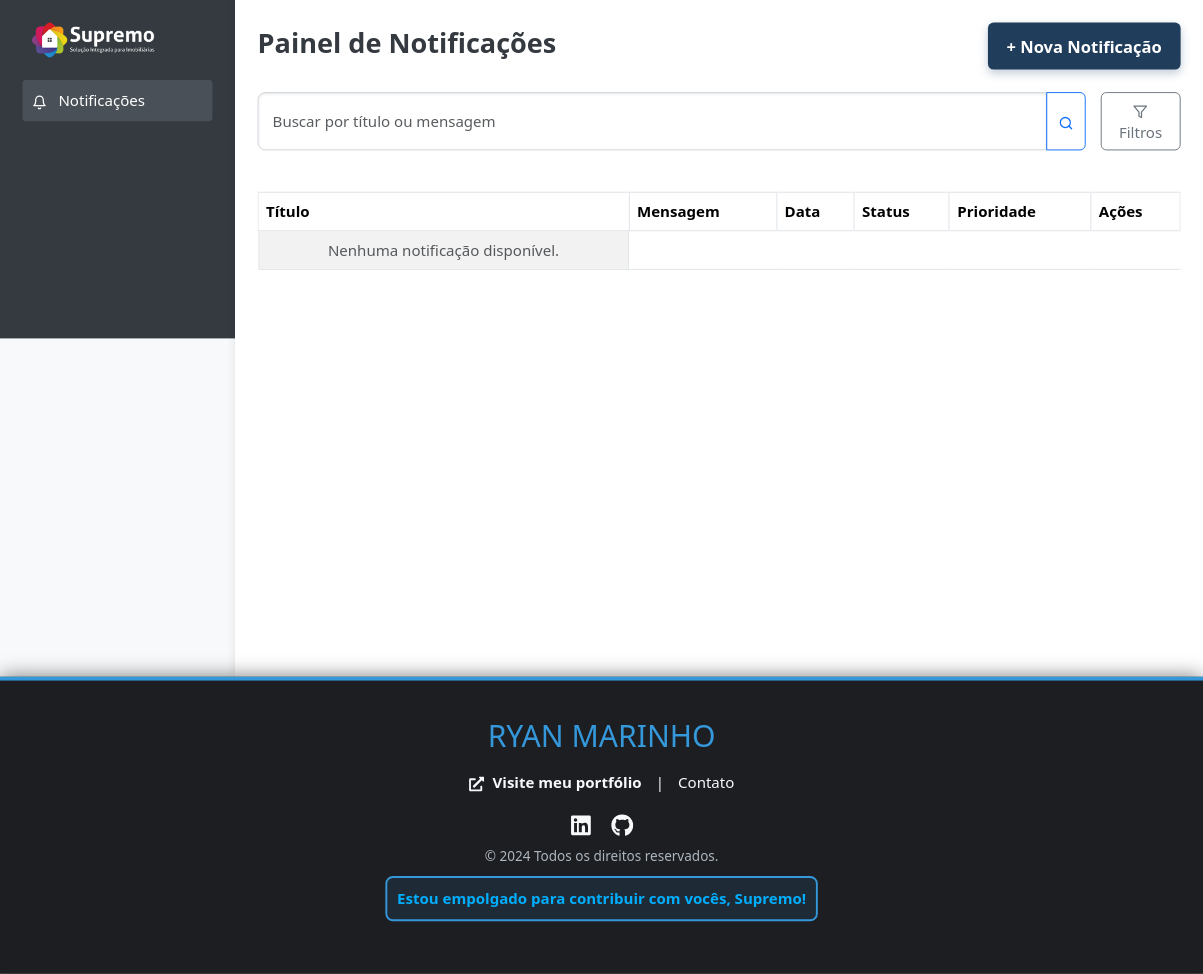
Repository: ryanmarinhodev/Supremo-teste-tecnico
Page: /notifications
The author's editor kept a copy of each file at every save. The page is drawn from the files as they stood at one save, then again after the next save.
The browser window is 1280 px wide. The pictures show the whole page, at 94% of full size.
The project was rebuilt for these pictures with package versions that can differ from the ones it lists, and the page was loaded fresh each time. Also part of the build but not shown: src/App.css, src/Components/Login/index.jsx.

Above is the page before, as saved 2024-11-07 20:14:24.

### src/App.js
import { BrowserRouter, Routes, Route } from "react-router-dom";
import "./App.css";
import Login from "./Components/Login";
import NotificationsPage from "./Components/Notifications/homeNotification";

const App = () => {
  return (
    <BrowserRouter>
      <Routes>
        <Route path="/" element={<Login />} />
        <Route path="/notifications" element={<NotificationsPage />} />
      </Routes>
    </BrowserRouter>
  );
};

export default App;

### src/Components/Notifications/homeNotification.jsx
import React, { useState } from "react";
import Menu from "./menu";
import Buscar from "./buscar";
import TabelaNotificacoes from "./tabelaNotificacoes";
import ModalNotificacao from "./modalNotificacao";
import Footer from "./footer";
import "./notification.css";
import { Button } from "react-bootstrap";

const HomeNotification = () => {
  const [notifications, setNotifications] = useState([]);
  const [showModal, setShowModal] = useState(false);
  const [search, setSearch] = useState("");
  const [currentNotification, setCurrentNotification] = useState({
    id: null,
    title: "",
    message: "",
    date: "",
    status: "Não Lida",
    priority: "Normal",
  });

  const getCurrentDate = () => {
    const today = new Date();
    return today.toISOString().split("T")[0];
  };

  const openModal = (
    notification = {
      title: "",
      message: "",
      date: getCurrentDate(),
      status: "Não Lida",
      priority: "Normal",
    }
  ) => {
    setCurrentNotification(notification);
    setShowModal(true);
  };

  const closeModal = () => {
    setShowModal(false);
    setCurrentNotification({
      id: null,
      title: "",
      message: "",
      date: getCurrentDate(),
      status: "Não Lida",
      priority: "Normal",
    });
  };

  const handleChange = (e) => {
    const { name, value } = e.target;
    setCurrentNotification((prev) => ({ ...prev, [name]: value }));
  };

  const handleSubmit = () => {
    if (currentNotification.id) {
      setNotifications((prev) =>
        prev.map((notif) =>
          notif.id === currentNotification.id ? currentNotification : notif
        )
      );
    } else {
      setNotifications((prev) => [
        ...prev,
        { ...currentNotification, id: Date.now() },
      ]);
    }
    closeModal();
  };

  const handleDelete = (id) => {
    setNotifications((prev) => prev.filter((notif) => notif.id !== id));
  };

  const markAsRead = (id) => {
    setNotifications((prev) =>
      prev.map((notif) =>
        notif.id === id ? { ...notif, status: "Lida" } : notif
      )
    );
  };

  const filteredNotifications = notifications.filter(
    (notif) =>
      notif.title.toLowerCase().includes(search.toLowerCase()) ||
      notif.message.toLowerCase().includes(search.toLowerCase())
  );
  return (
    <>
      <div className="dashboard-container d-flex">
        <Menu />
        <div className="content flex-grow-1 p-4">
          <header className="d-flex justify-content-between align-items-center mb-4">
            <h2 className="page-title">Painel de Notificações</h2>
            <Button variant="primary" onClick={() => openModal()}>
              + Nova Notificação
            </Button>
          </header>

          <Buscar search={search} setSearch={setSearch} />

          <TabelaNotificacoes
            notifications={filteredNotifications}
            openModal={openModal}
            handleDelete={handleDelete}
            markAsRead={markAsRead}
          />

          <ModalNotificacao
            showModal={showModal}
            closeModal={closeModal}
            currentNotification={currentNotification}
            handleChange={handleChange}
            handleSubmit={handleSubmit}
          />
        </div>
      </div>
      <Footer />
    </>
  );
};

export default HomeNotification;

### src/Components/Login/styles.css
:root {
    --primary-color: #203d5c;
    --secondary-color: #adb5bd;
    --hover-color: #182533;
    --background-overlay: rgba(0, 0, 0, 0.4);
    --box-shadow: 0 4px 10px rgba(47, 84, 122, 0.3);
}

.login-container {
    background: url('https://wallpapers.com/images/hd/4k-architecture-yellow-glass-building-6d7nbmyltxlyxxv8.jpg') no-repeat center center;
    background-size: cover;
    min-height: 100vh;
    padding: 20px;
    display: flex;
    align-items: center;
    justify-content: center;
    position: relative;
}

.login-container::before {
    content: '';
    position: absolute;
    top: 0;
    left: 0;
    right: 0;
    bottom: 0;
    background: var(--background-overlay);
    z-index: 1;
}

.login-card {
    width: 100%;
    max-width: 600px;
    background-color: #ffff;
    border-radius: 12px;
    box-shadow: var(--box-shadow);
    border: 1px solid rgba(0, 0, 0, 0.05);
    transition: transform 0.3s ease, box-shadow 0.3s ease;
    position: relative;
    z-index: 2;
    padding: 40px;
    animation: fadeIn 0.6s ease;
    align-items: center;
    text-align: center;
}

.login-card:hover {
    transform: translateY(-5px);
    box-shadow: 0 15px 40px rgba(0, 0, 0, 0.3);
}


.logo {
    width: 100px;
    height: auto;
    margin-bottom: 20px;
}

.text-center {
    display: flex;
    flex-direction: column;
    align-items: center;
}

.login-title {
    font-size: 2rem;
    font-weight: 700;
    color: #000;
    margin-top: 10px;
    margin-bottom: 10px;
    font-family: 'Poppins', sans-serif;
}

.title-underline {
    width: 60px;
    height: 4px;
    background-color: #495f75;
    margin: 0 auto 20px auto;
    border-radius: 2px;
}

.subtitle {
    font-size: 1rem;
    color: #e0e0e0;
    text-align: center;
    margin-bottom: 30px;
    font-weight: 400;
}


.form-control {
    border-radius: 8px;
    padding: 15px;
    font-size: 1rem;
    border: 1px solid #ced4da;
    box-shadow: inset 0 1px 3px rgba(0, 0, 0, 0.1);
    transition: border-color 0.3s ease, box-shadow 0.3s ease;
}

.form-control:focus {
    border-color: var(--primary-color);
    box-shadow: 0 0 0 0.2rem rgba(89, 124, 161, 0.25);
}

/* Botão de login com estilo profissional */
.btn-primary {
    background-color: var(--primary-color);
    border: none;
    font-size: 1.1rem;
    font-weight: 600;
    padding: 12px 20px;
    border-radius: 6px;
    transition: background-color 0.3s ease, transform 0.2s ease;
    box-shadow: var(--box-shadow);
}

.btn-primary:hover {
    background-color: var(--hover-color);
    transform: scale(1.03);
}

/* Link "Esqueci a senha" com estilo sutil */
.text-secondary {
    color: var(--secondary-color) !important;
    font-size: 0.9rem;
}

.text-secondary:hover {
    color: #000 !important;
    text-decoration: underline;
}

/* Altera a cor de fundo e da borda do checkbox quando marcado */
.form-check-input:checked {
    background-color: var(--hover-color);
    border-color: var(--secondary-color);
}

.form-check-input:focus {
    box-shadow: none;
}

/* Efeito de transição suave ao aparecer o card */
@keyframes fadeIn {
    from {
        opacity: 0;
        transform: scale(0.9);
    }
    to {
        opacity: 1;
        transform: scale(1);
    }
}

@media (max-width: 768px) {
    .login-card {
        max-width: 90%;
        padding: 20px;
        border-radius: 8px;
    }

    .login-title {
        font-size: 1.5rem;
    }

    .subtitle {
        font-size: 0.9rem;
    }

    .logo {
        width: 80px;
    }

    .form-control {
        padding: 10px;
        font-size: 0.9rem;
    }

    .btn-primary {
        font-size: 1rem;
        padding: 10px;
    }

    .title-underline {
        width: 50px;
        height: 3px;
    }
}

### src/Components/Notifications/menu.jsx
import React from "react";
import { FiBell } from "react-icons/fi";
import Logo from "../../assets/logo-supremo-branco.png";

const Sidebar = () => (
  <aside className="sidebar p-4">
    <img src={Logo} alt="Logotipo Supremo" className="logo" />
    <ul className="nav flex-column mt-4">
      <li className="nav-item mb-2">
        <a href="/notifications" className="nav-link active">
          <FiBell className="me-2" /> Notificações
        </a>
      </li>
    </ul>
  </aside>
);

export default Sidebar;

### src/Components/Notifications/buscar.jsx
import React from "react";
import { InputGroup, FormControl, Button } from "react-bootstrap";
import { FiSearch, FiFilter } from "react-icons/fi";

const BarraBusca = ({ search, setSearch }) => (
  <div className="d-flex mb-4">
    <InputGroup className="me-2">
      <FormControl
        placeholder="Buscar por título ou mensagem"
        value={search}
        onChange={(e) => setSearch(e.target.value)}
      />
      <Button variant="outline-primary">
        <FiSearch />
      </Button>
    </InputGroup>
    <Button variant="outline-secondary" className="ms-2">
      <FiFilter /> Filtros
    </Button>
  </div>
);

export default BarraBusca;

### src/Components/Notifications/tabelaNotificacoes.jsx
import React from "react";
import { Table, Button, Badge } from "react-bootstrap";
import { FiEdit, FiTrash2, FiCheckCircle } from "react-icons/fi";

const TabelaNotificacoes = ({
  notifications,
  openModal,
  handleDelete,
  markAsRead,
}) => (
  <Table striped bordered hover responsive>
    <thead>
      <tr>
        <th>Título</th>
        <th>Mensagem</th>
        <th>Data</th>
        <th>Status</th>
        <th>Prioridade</th>
        <th>Ações</th>
      </tr>
    </thead>
    <tbody>
      {notifications.length > 0 ? (
        notifications.map((notification) => (
          <tr key={notification.id}>
            <td>{notification.title}</td>
            <td>{notification.message}</td>
            <td>{notification.date}</td>
            <td>
              <Badge
                bg={notification.status === "Não Lida" ? "warning" : "success"}
              >
                {notification.status}
              </Badge>
            </td>
            <td>
              <Badge bg={notification.priority === "Alta" ? "danger" : "info"}>
                {notification.priority}
              </Badge>
            </td>
            <td>
              <Button
                variant="outline-secondary"
                size="sm"
                className="me-2"
                onClick={() => openModal(notification)}
              >
                <FiEdit /> Editar
              </Button>
              <Button
                variant="outline-danger"
                size="sm"
                onClick={() => handleDelete(notification.id)}
              >
                <FiTrash2 /> Excluir
              </Button>
              {notification.status === "Não Lida" && (
                <Button
                  variant="outline-success"
                  size="sm"
                  className="ms-2"
                  onClick={() => markAsRead(notification.id)}
                >
                  <FiCheckCircle /> Marcar como Lida
                </Button>
              )}
            </td>
          </tr>
        ))
      ) : (
        <tr>
          <td colSpan="6" className="text-center text-muted">
            Nenhuma notificação disponível.
          </td>
        </tr>
      )}
    </tbody>
  </Table>
);

export default TabelaNotificacoes;

### src/Components/Notifications/modalNotificacao.jsx
import React from "react";
import { Modal, Button, Form } from "react-bootstrap";

const ModalNotificacao = ({
  showModal,
  closeModal,
  currentNotification,
  handleChange,
  handleSubmit,
}) => {
  return (
    <Modal show={showModal} onHide={closeModal}>
      <Modal.Header closeButton>
        <Modal.Title>
          {currentNotification.id
            ? "Editar Notificação"
            : "Cadastrar Notificação"}
        </Modal.Title>
      </Modal.Header>
      <Modal.Body>
        <Form>
          <Form.Group className="mb-3">
            <Form.Label>Título</Form.Label>
            <Form.Control
              type="text"
              placeholder="Título da Notificação"
              name="title"
              value={currentNotification.title}
              onChange={handleChange}
            />
          </Form.Group>
          <Form.Group className="mb-3">
            <Form.Label>Mensagem</Form.Label>
            <Form.Control
              as="textarea"
              rows={3}
              placeholder="Mensagem da Notificação"
              name="message"
              value={currentNotification.message}
              onChange={handleChange}
            />
          </Form.Group>
          <Form.Group className="mb-3">
            <Form.Label>Data de Envio</Form.Label>
            <Form.Control
              type="date"
              name="date"
              value={currentNotification.date}
              onChange={handleChange}
            />
          </Form.Group>
          <Form.Group className="mb-3">
            <Form.Label>Prioridade</Form.Label>
            <Form.Select
              name="priority"
              value={currentNotification.priority}
              onChange={handleChange}
            >
              <option value="Normal">Normal</option>
              <option value="Alta">Alta</option>
            </Form.Select>
          </Form.Group>
        </Form>
      </Modal.Body>
      <Modal.Footer>
        <Button variant="secondary" onClick={closeModal}>
          Cancelar
        </Button>
        <Button variant="primary" onClick={handleSubmit}>
          {currentNotification.id ? "Salvar Alterações" : "Cadastrar"}
        </Button>
      </Modal.Footer>
    </Modal>
  );
};

export default ModalNotificacao;

### src/Components/Notifications/footer.jsx
import React from "react";
import "./notification.css";
import { FaLinkedin, FaGithub, FaExternalLinkAlt } from "react-icons/fa";

const Footer = () => {
  const portfolioLink = "https://portfolio-ryann.netlify.app/";

  return (
    <footer className="footer">
      <div className="footer-content">
        <div className="footer-logo">
          <h2>Ryan Marinho</h2>
        </div>
        <nav className="footer-nav">
          <a href={portfolioLink} target="_blank" rel="noopener noreferrer">
            <FaExternalLinkAlt className="portfolio-icon" />{" "}
            {/* Ícone do link externo */}
            <span className="portfolio-text">Visite meu portfólio</span>
          </a>
          <span>|</span>
          <a href="/contato">Contato</a>
        </nav>
        <div className="footer-social">
          <a
            href="https://www.linkedin.com/in/ryan-marinho-861120211/"
            target="_blank"
            rel="noopener noreferrer"
          >
            <FaLinkedin size={24} />
          </a>
          <a
            href="https://github.com/ryanmarinhodev"
            target="_blank"
            rel="noopener noreferrer"
          >
            <FaGithub size={24} />
          </a>
        </div>
        <p className="footer-copy">
          &copy; {new Date().getFullYear()} Todos os direitos reservados.
        </p>
        <p className="footer-note">
          Estou empolgado para contribuir com vocês, Supremo!
        </p>
      </div>
    </footer>
  );
};

export default Footer;

### src/Components/Notifications/notification.css
.dashboard-container {
  display: flex;
  min-height: 100vh;
  background-color: #f8f9fa;
}

.sidebar {
  width: 250px;
  background-color: #343a40;
  color: #fff;
  height: 50vh;
}

.logo {
  width: 130px;
  display: flex;
  margin-left: 10px;
}

.sidebar h4 {
  font-size: 1.4rem;
  font-weight: bold;
  color: #fff;
}

.sidebar .nav-link {
  color: #ced4da;
  padding: 10px;
  font-weight: 500;
}

.sidebar .nav-link:hover,
.sidebar .nav-link.active {
  background-color: #495057;
  color: #fff;
  border-radius: 4px;
}

.content {
  flex-grow: 1;
  padding: 20px 40px;
  background-color: #ffffff;
  box-shadow: 0px 0px 10px rgba(0, 0, 0, 0.1);
}

.page-title {
  font-size: 1.8rem;
  font-weight: bold;
  color: #343a40;
}

.table {
  margin-top: 20px;
}

button {
  transition: background-color 0.3s ease, box-shadow 0.2s ease;
}

button:hover {
  box-shadow: 0px 4px 8px rgba(0, 0, 0, 0.15);
}

.footer {
  background-color: #1c1e22;
  color: #f8f9fa;
  text-align: center;
  padding: 40px 20px;
  position: relative;
  bottom: 0;
  width: 100%;
  box-shadow: 0 -1px 20px rgba(0, 0, 0, 0.5);
  border-top: 4px solid #3498db;
}

.footer-content {
  max-width: 1200px;
  margin: auto;
  display: flex;
  flex-direction: column;
  align-items: center;
}

.footer-logo {
  font-size: 2em;
  font-weight: bold;
  margin-bottom: 10px;
  color: #3498db;
  text-transform: uppercase;
}

.footer-nav {
  margin-bottom: 10px;
}

.footer-nav a {
  color: #f8f9fa;
  text-decoration: none;
  margin: 0 15px;
  transition: color 0.3s, transform 0.3s;
}

.footer-nav a:hover {
  color: #3498db;
  transform: scale(1.1);
}

.portfolio-icon {
  margin-right: 5px;
  vertical-align: middle;
}

.portfolio-text {
  font-weight: bold;
}

.footer-social {
  margin: 10px 0;
}

.footer-social a {
  color: #f8f9fa;
  margin: 0 10px;
  transition: color 0.3s;
}

.footer-social a:hover {
  color: #3498db;
}

.footer-copy {
  font-size: 0.9em;
  margin: 0;
  color: #adb5bd;
}

.footer-note {
  font-size: 1em;
  color: #00aeff;
  margin-top: 10px;
  font-weight: bold;
  padding: 10px;
  border: 2px solid #3498db;
  border-radius: 8px;
  background-color: rgba(52, 152, 219, 0.1);
  transition: transform 0.3s;
}

.footer-note:hover {
  transform: scale(1.05);
}

Loaded but not shown: public/index.html (common file); src/index.js (common file); src/index.css (common file); src/reportWebVitals.js (common file)

After the next save:
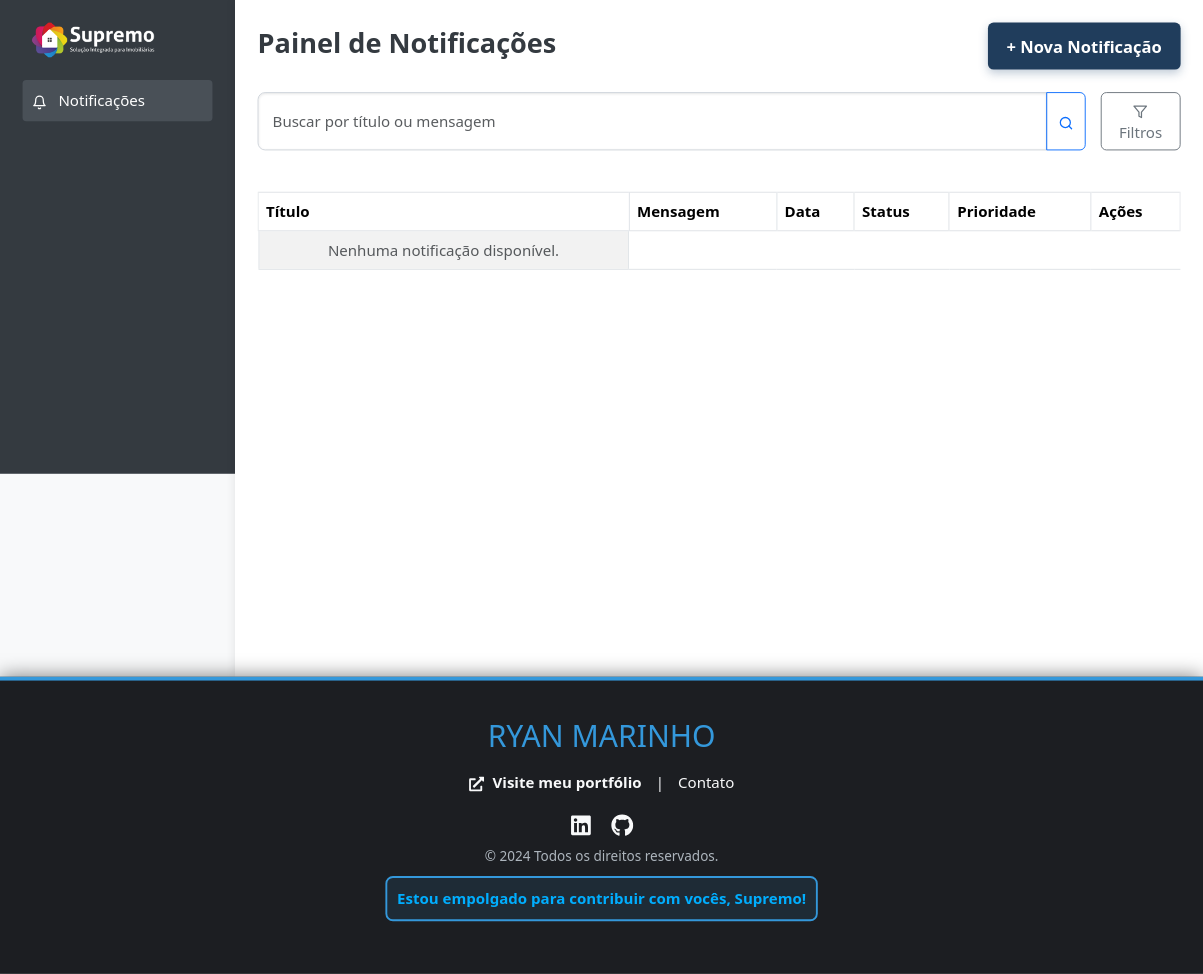
Saved 6 s later.
--- a/src/Components/Notifications/notification.css
+++ b/src/Components/Notifications/notification.css
@@ -8,7 +8,7 @@
   width: 250px;
   background-color: #343a40;
   color: #fff;
-  height: 50vh;
+  height: 70vh;
 }
 
 .logo {
